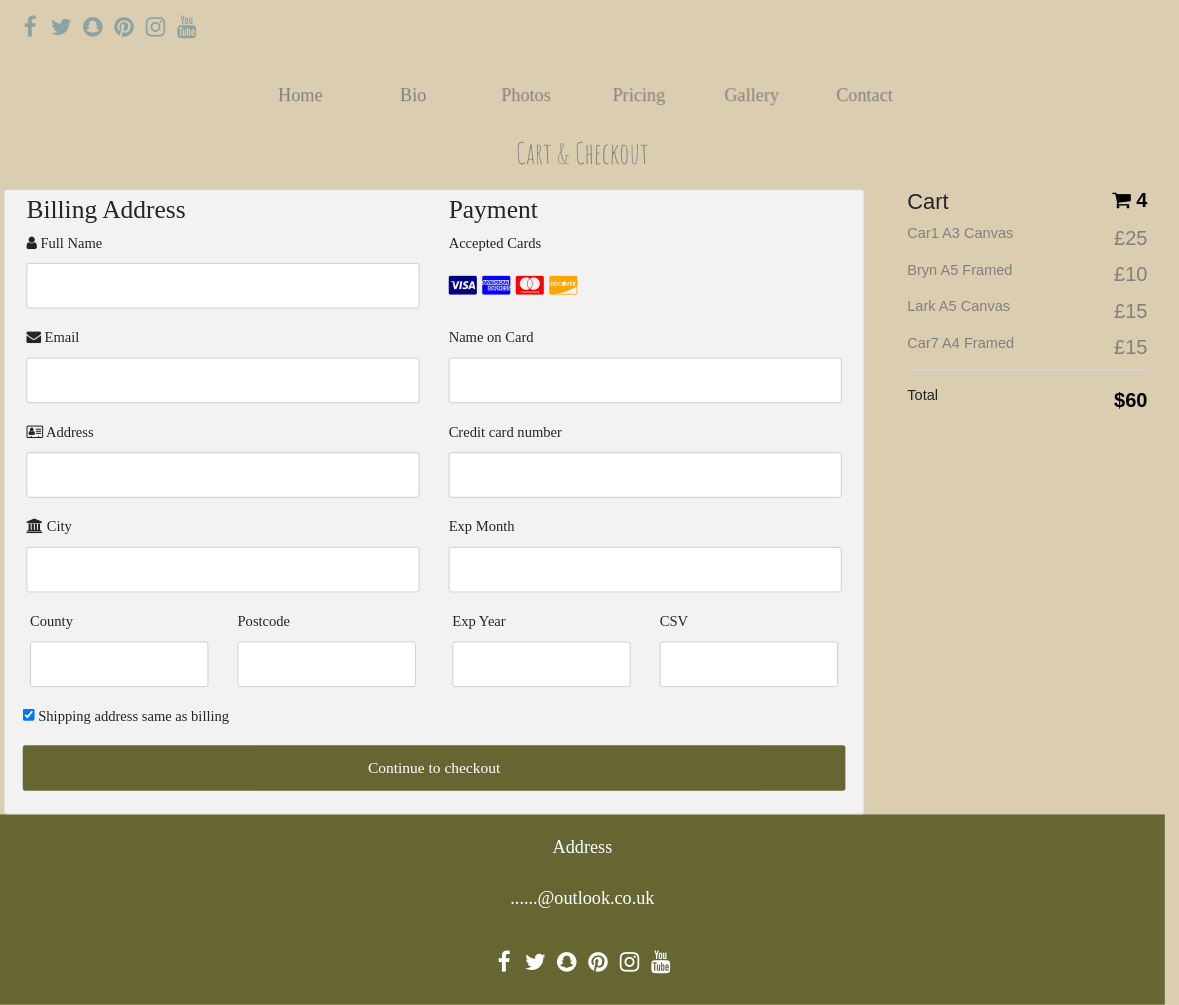
Repository: elizabeth24602/LoaderMedia
Page: checkout.html
The author's editor kept a record of every edit. The page is drawn from the files as they stood at one moment, then again after the next edit.
The browser window is 1280 px wide. The page is 1296 px wide, so the pictures cover 1296 px, including what lies to the right of the window. The pictures show the whole page, at 91% of full size.
Some web fonts or font styles are not loaded; a fallback is used.

Above is the page before.
Console error: TypeError: Cannot read properties of null (reading 'textContent')
Not found: Assests/images/

### checkout.html
<!DOCTYPE html>
<html lang="en">
<head>
    <meta charset="UTF-8">
    <meta name="viewport" content="width=device-width, initial-scale=1.0">
    <meta http-equiv="X-UA-Compatible" content="ie=edge">

    <link rel="stylesheet" href="static/css/bootstrap.min.css" type="text/css" />
    <link rel="stylesheet" href="static/css/dc.min.css" type="text/css" />



    <link rel="stylesheet" href="https://stackpath.bootstrapcdn.com/bootstrap/4.3.1/css/bootstrap.min.css" type="text/css" />
    <link rel="stylesheet" href="https://stackpath.bootstrapcdn.com/font-awesome/4.7.0/css/font-awesome.min.css" type="text/css" />
    <link href="https://fonts.googleapis.com/css?family=Lacquer&display=swap" rel="stylesheet">
    <link href="https://fonts.googleapis.com/css?family=Beth+Ellen&display=swap" rel="stylesheet">
    <link rel="stylesheet" href="https://cdnjs.cloudflare.com/ajax/libs/hover.css/2.3.1/css/hover-min.css" type="text/css" />
    <link rel="stylesheet" href="Assests/images/" type="text/css" />
    <link rel="stylesheet" href="Assests/css/style.css" type="text/css" />

    <title>Loader Media</title>

     <script type="text/javascript" src="static/js/d3.min.js"></script>
    <script type="text/javascript" src="static/js/crossfilter.min.js"></script>
    <script type="text/javascript" src="static/js/dc.min.js"></script>
    <script type="text/javascript" src="static/js/queue.min.js"></script>
    <script type="text/javascript" src="static/js/graph.js"></script>

</head>
<body>
     <header class="container-fluid">
        <div id="social-links" class="row">
        <div class="col-sm-4">
                <ul class="list-inline social-links">
                    <li class="list-inline-item">
                        <a target="_blank" href="#">
                            <i class="fa fa-facebook" aria-hidden="true"></i>
                            <span class="sr-only">Facebook</span>
                        </a>
                    </li>
                    <li class="list-inline-item">
                        <a target="_blank" href="#">
                            <i class="fa fa-twitter" aria-hidden="true"></i>
                            <span class="sr-only">Twitter</span>
                        </a>
                    </li>
                    <li class="list-inline-item">
                        <a target="_blank" href="#">
                            <i class="fa fa-snapchat" aria-hidden="true"></i>
                            <span class="sr-only">Snapchat</span>
                        </a>
                    </li>
                    <li class="list-inline-item">
                        <a target="_blank" href="#">
                            <i class="fa fa-pinterest" aria-hidden="true"></i>
                            <span class="sr-only">Pinterest</span>
                        </a>
                    </li>
                    <li class="list-inline-item">
                        <a target="_blank" href="#">
                            <i class="fa fa-instagram" aria-hidden="true"></i>
                            <span class="sr-only">Instagram</span>
                        </a>
                    </li>
                    <li class="list-inline-item">
                        <a target="_blank" href="#">
                            <i class="fa fa-youtube" aria-hidden="true"></i>
                            <span class="sr-only">YouTube</span>
                        </a>
                    </li>
                </ul>
            </div>
        </div>
         <div class="row no-gutters">
            <div class="col">
                <ul id="nav" class="list-inline menucontainer">
                    <li class="col-4 col-sm-2 ui-menu-color-home list-inline-item menuitem">
                        <a href="index.html" class="hvr-underline-from-center"><span>Home</span></a>
                    </li>
                    <li class="col-4 col-sm-2 ui-menu-color-bio list-inline-item menuitem">
                        <a href="bio.html" class="hvr-underline-from-center"><span>Bio</span></a>
                    </li>
                     <li class="col-4 col-sm-2 ui-menu-color-photos list-inline-item menuitem">
                        <a href="photos.html" class="hvr-underline-from-center"><span>Photos</span></a>
                    </li>
                    <li class="col-4 col-sm-2 ui-menu-color-pricing list-inline-item menuitem">
                        <a href="pricing.html" class="hvr-underline-from-center"><span>Pricing</span></a>
                    </li>
                    <li class="col-4 col-sm-2 ui-menu-color-gallery list-inline-item menuitem">
                        <a href="gallery.html" class="hvr-underline-from-center"><span>Gallery</span></a>
                    </li>
                    <li class="col-4 col-sm-2 ui-menu-color-contact list-inline-item menuitem">
                        <a href="contact.html" class="hvr-underline-from-center"><span>Contact</span></a>
                    </li>
                </ul>
            </div>
        </div>

    </header>

    <section>
<h2 class="checkout">Cart & Checkout</h2>
<div class="row">
  <div class="col-75">
    <div class="container container-checkout">
      <form action="/action_page.php">

        <div class="row">
          <div class="col-50">
            <h3>Billing Address</h3>
            <label for="fname"><i class="fa fa-user"></i> Full Name</label>
            <input type="text" id="fname" name="firstname">
            <label for="email"><i class="fa fa-envelope"></i> Email</label>
            <input type="text" id="email" name="email">
            <label for="adr"><i class="fa fa-address-card-o"></i> Address</label>
            <input type="text" id="adr" name="address">
            <label for="city"><i class="fa fa-institution"></i> City</label>
            <input type="text" id="city" name="city">

            <div class="row">
              <div class="col-50">
                <label for="state">County</label>
                <input type="text" id="state" name="state">
              </div>
              <div class="col-50">
                <label for="zip">Postcode</label>
                <input type="text" id="zip" name="zip">
              </div>
            </div>
          </div>

          <div class="col-50">
            <h3>Payment</h3>
            <label for="fname">Accepted Cards</label>
            <div class="icon-container">
              <i class="fa fa-cc-visa" style="color:navy;"></i>
              <i class="fa fa-cc-amex" style="color:blue;"></i>
              <i class="fa fa-cc-mastercard" style="color:red;"></i>
              <i class="fa fa-cc-discover" style="color:orange;"></i>
            </div>
            <label for="cname">Name on Card</label>
            <input type="text" id="cname" name="cardname">
            <label for="ccnum">Credit card number</label>
            <input type="text" id="ccnum" name="cardnumber">
            <label for="expmonth">Exp Month</label>
            <input type="text" id="expmonth" name="expmonth">
            <div class="row">
              <div class="col-50">
                <label for="expyear">Exp Year</label>
                <input type="text" id="expyear" name="expyear">
              </div>
              <div class="col-50">
                <label for="cvv">CSV</label>
                <input type="text" id="cvv" name="cvv">
              </div>
            </div>
          </div>

        </div>
        <label>
          <input type="checkbox" checked="checked" name="sameadr"> Shipping address same as billing
        </label>
        <input type="submit" value="Continue to checkout" class="btn">
      </form>
    </div>
  </div>
  <div class="col-25">
    <div class="container">
      <h4>Cart <span class="price" style="color:black"><i class="fa fa-shopping-cart"></i> <b>4</b></span></h4>
      <p><a href="#">Car1 A3 Canvas</a> <span class="price">£25</span></p>
      <p><a href="#">Bryn A5 Framed</a> <span class="price">£10</span></p>
      <p><a href="#">Lark A5 Canvas</a> <span class="price">£15</span></p>
      <p><a href="#">Car7 A4 Framed</a> <span class="price">£15</span></p>
      <hr>
      <p>Total <span class="price" style="color:black"><b>$60</b></span></p>
    </div>
  </div>
</div>

    </section>

    <footer class="container-fluid bottom">
    <div id="footer-details" class="row">
        <div class="col-sm-12">
            <p class="address">Address</p>
        </div>
    </div>
        <div class="row">
            <div class="col-sm-12">
                <p class="email">......@outlook.co.uk</p>
            </div>
        </div>
        <div class="row">
            <div class="col-sm-12">
                        <ul class="list-inline social-links2 container-fluid">
                    <li class="list-inline-item">
                        <a target="_blank" href="#">
                            <i class="fa fa-facebook" aria-hidden="true"></i>
                            <span class="sr-only">Facebook</span>
                        </a>
                    </li>
                    <li class="list-inline-item">
                        <a target="_blank" href="#">
                            <i class="fa fa-twitter" aria-hidden="true"></i>
                            <span class="sr-only">Twitter</span>
                        </a>
                    </li>
                    <li class="list-inline-item">
                        <a target="_blank" href="#">
                            <i class="fa fa-snapchat" aria-hidden="true"></i>
                            <span class="sr-only">Snapchat</span>
                        </a>
                    </li>
                    <li class="list-inline-item">
                        <a target="_blank" href="#">
                            <i class="fa fa-pinterest" aria-hidden="true"></i>
                            <span class="sr-only">Pinterest</span>
                        </a>
                    </li>
                    <li class="list-inline-item">
                        <a target="_blank" href="#">
                            <i class="fa fa-instagram" aria-hidden="true"></i>
                            <span class="sr-only">Instagram</span>
                        </a>
                    </li>
                    <li class="list-inline-item">
                        <a target="_blank" href="#">
                            <i class="fa fa-youtube" aria-hidden="true"></i>
                            <span class="sr-only">YouTube</span>
                        </a>
                    </li>
                </ul>
            </div>
        </div>
    </footer>

</body>
</html>

Loaded but not shown: static/css/bootstrap.min.css (library); static/css/dc.min.css (library); static/js/d3.min.js (library); static/js/crossfilter.min.js (library); static/js/dc.min.js (library); static/js/queue.min.js (common file); static/js/graph.js (141 lines, source omitted); Assests/css/style.css (843 lines, source omitted)

After the next edit:
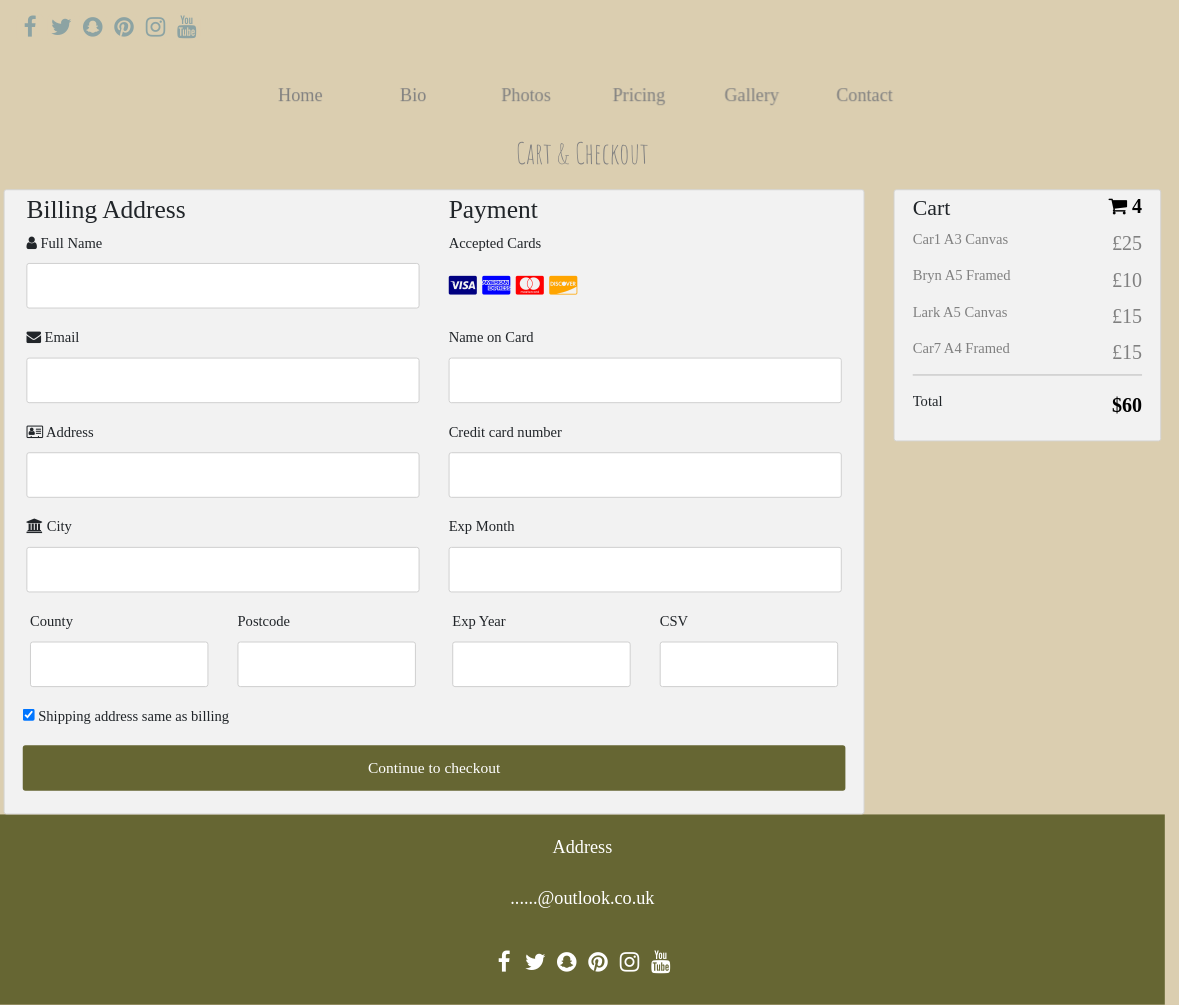
The edit:
--- a/checkout.html
+++ b/checkout.html
@@ -165,7 +165,7 @@
     </div>
   </div>
   <div class="col-25">
-    <div class="container">
+    <div class="container container-checkout">
       <h4>Cart <span class="price" style="color:black"><i class="fa fa-shopping-cart"></i> <b>4</b></span></h4>
       <p><a href="#">Car1 A3 Canvas</a> <span class="price">£25</span></p>
       <p><a href="#">Bryn A5 Framed</a> <span class="price">£10</span></p>
